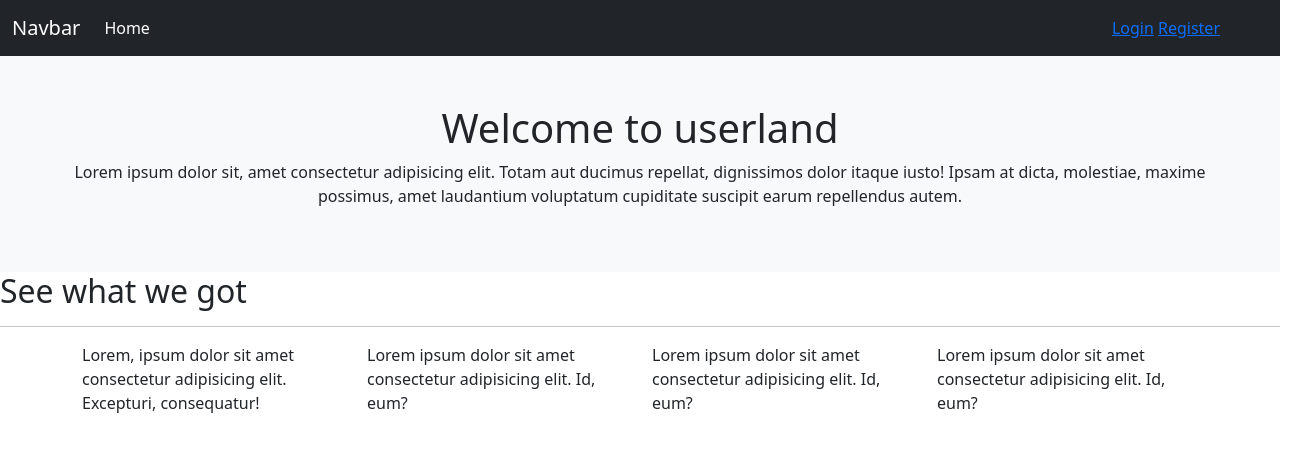
Repository: BrittleHeart/symfony-users--crud
Page: templates/home/home.html.twig
An editor plug-in stored every save of this project. The page is shown before and after a run of saves, followed by the edit.
The browser window is 1280 px wide. The page is 1280 px wide, then 1292 px, so the pictures cover 1292 px, including what lies to the right of the window. The pictures show the whole page.
The page is a Twig template of a Symfony application; nobody is signed in and links lead nowhere. The template is opened directly, without the code that normally fills it, so the values that code supplies are empty.

Above is the page before, as saved 2021-02-20 15:50:08.

After the next 2 saves:
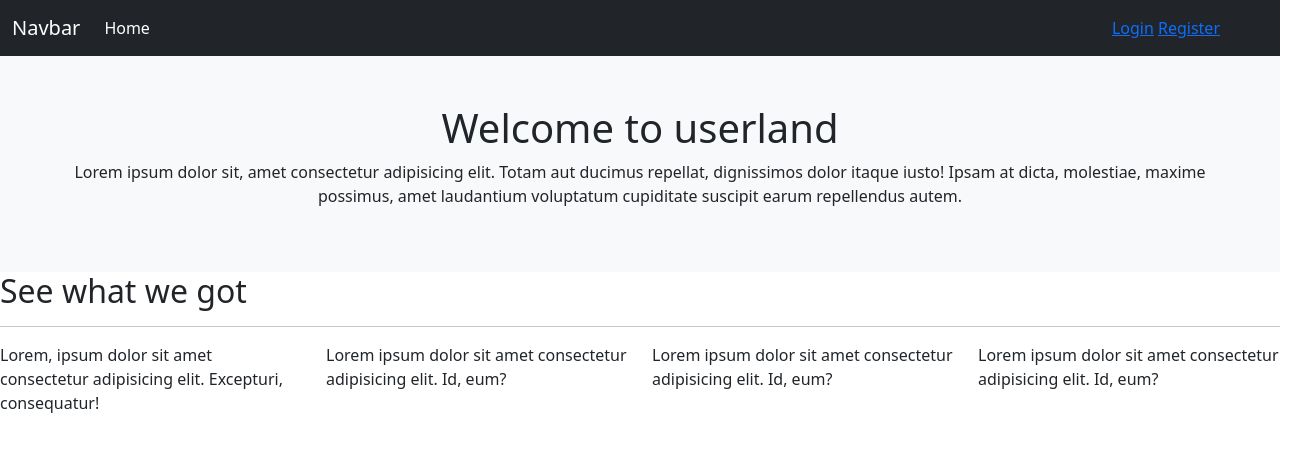
The 2 saves are shown as one change because they came seconds apart.
The last was saved 17 s later.
--- a/templates/home/home.html.twig
+++ b/templates/home/home.html.twig
@@ -8,16 +8,17 @@
 </header>
 
 <main class="main">
+    <div class="container">
+    </div>
+
     <h2>See what we got</h2>
     <hr>
-    <div class="container">
         <div class="row">
             <div class="col-md-3">Lorem, ipsum dolor sit amet consectetur adipisicing elit. Excepturi, consequatur!</div>
             <div class="col-md-3">Lorem ipsum dolor sit amet consectetur adipisicing elit. Id, eum?</div>
             <div class="col-md-3">Lorem ipsum dolor sit amet consectetur adipisicing elit. Id, eum?</div>
             <div class="col-md-3">Lorem ipsum dolor sit amet consectetur adipisicing elit. Id, eum?</div>
         </div>
-    </div>
 </main>
 
 {% endblock %}
